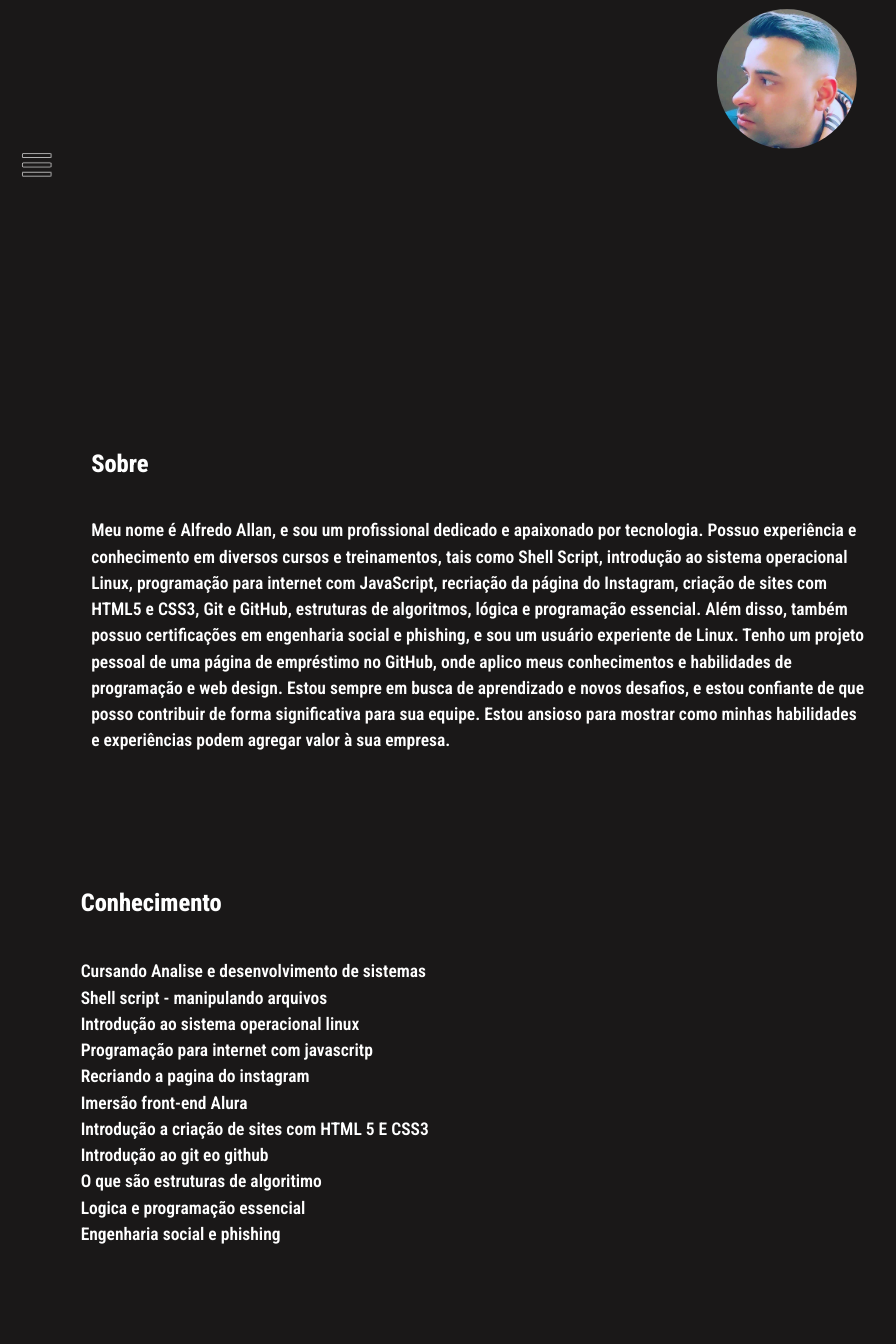
Repository: alfredo-allan/Portfolio
Page: index.html
An editor plug-in stored every save of this project. The page is shown before and after a run of saves, followed by the edit.
The browser window is 1280 px wide. The pictures show the part of the page from y = 0 to 1920 px (the page is 4858 px tall before and 4882 px after), at 70% of full size.

Above is the page before, as saved 2024-05-30 19:59:11.

After the next 3 saves:
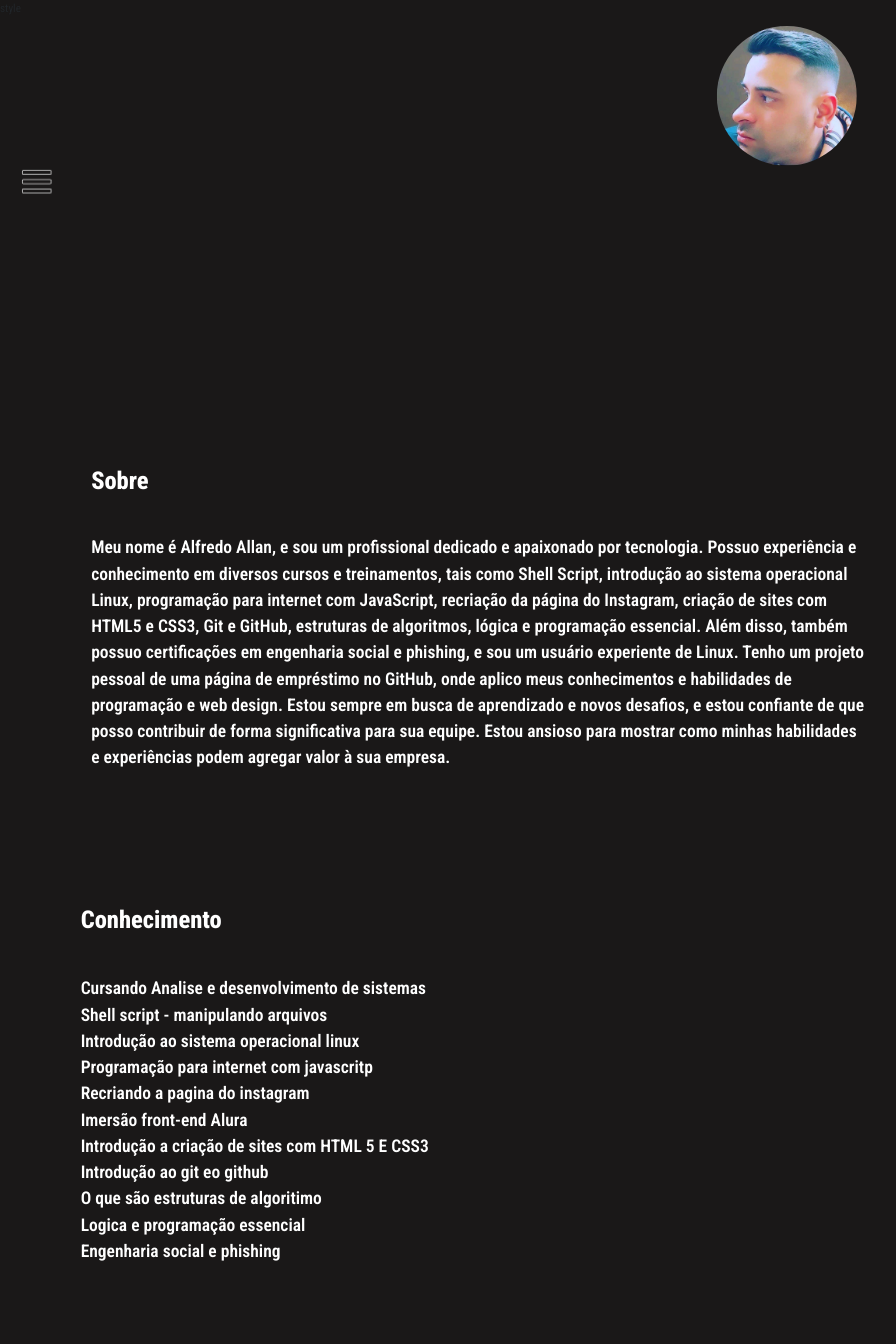
The 3 saves are shown as one change because they came seconds apart.
The last was saved 58 s later.
--- a/index.html
+++ b/index.html
@@ -14,6 +14,7 @@
       href="https://fonts.googleapis.com/css2?family=Roboto+Condensed:ital,wght@0,100..900;1,100..900&display=swap"
       rel="stylesheet"
     />
+   style
 
     <title>Portfolio</title>
     <div class="foto-perfil">

After the save that followed:
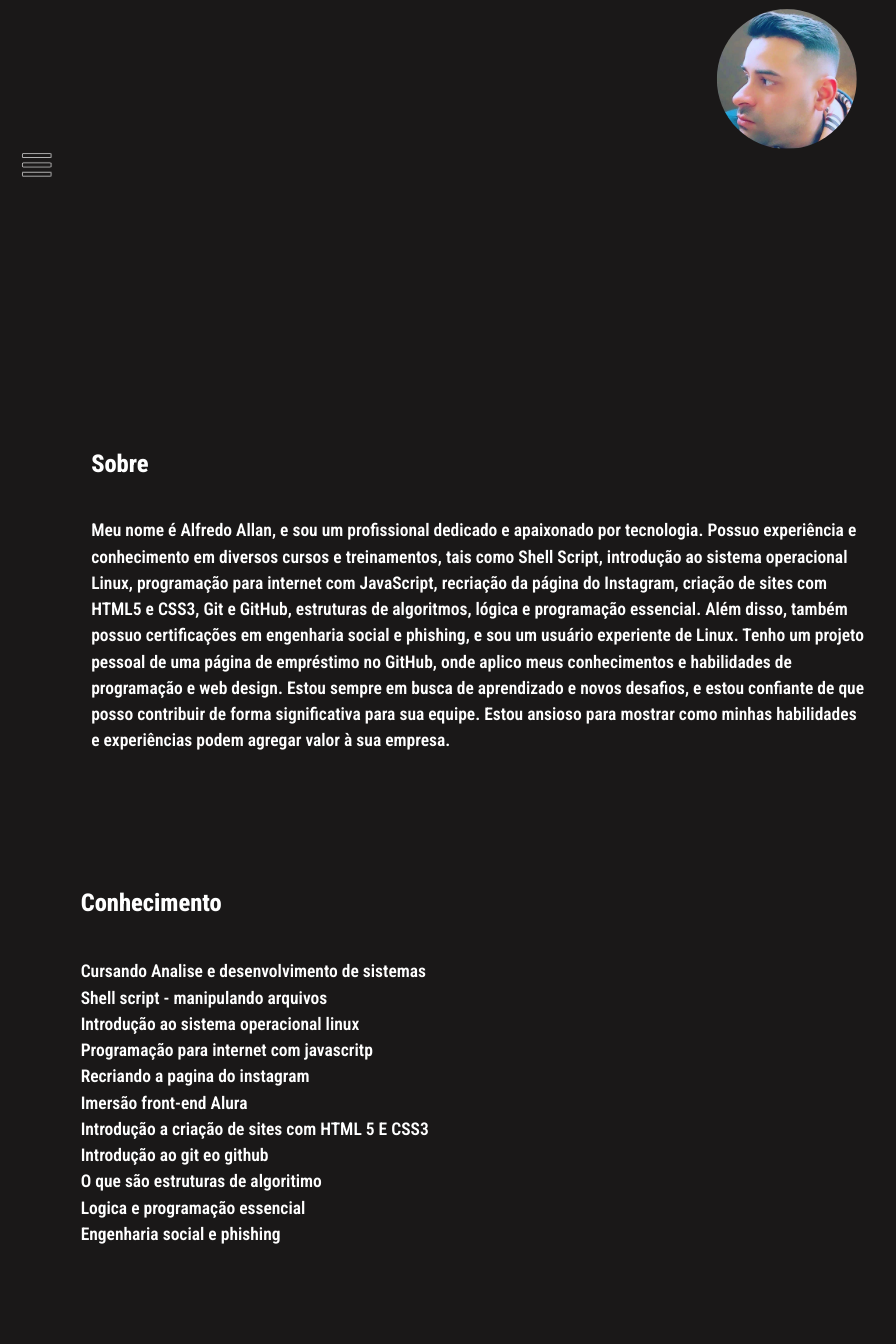
Saved 4 s later.
--- a/index.html
+++ b/index.html
@@ -14,7 +14,7 @@
       href="https://fonts.googleapis.com/css2?family=Roboto+Condensed:ital,wght@0,100..900;1,100..900&display=swap"
       rel="stylesheet"
     />
-   style
+
 
     <title>Portfolio</title>
     <div class="foto-perfil">
